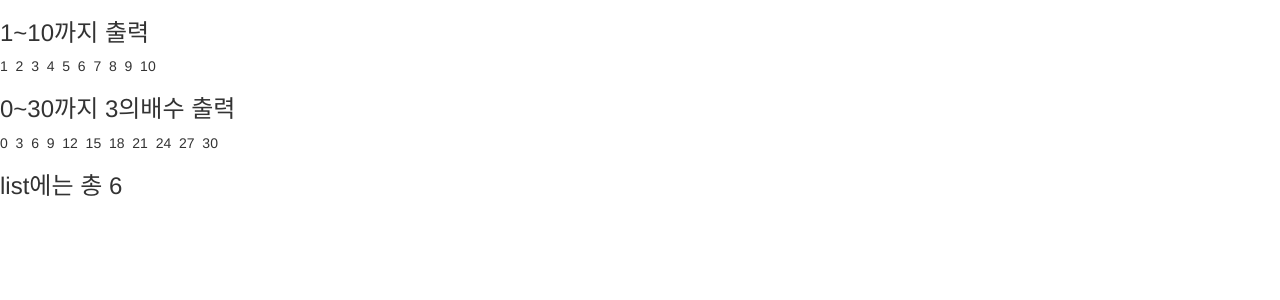
Repository: jungbee2/jungproject
Page: http://localhost/JstlProject/day0330/ex5_foreach.jsp
The author's editor kept a copy of each file at every save. The page is drawn from the files as they stood at one save, then again after the next save.
The browser window is 1280 px wide. The pictures show the whole page.
Some web fonts or font styles are not loaded; a fallback is used. The page is served by Tomcat 9. Other server files are loaded and not shown.

Above is the page before, as saved 2023-03-30 02:26:15.

### JstlProject/src/main/webapp/day0330/ex5_foreach.jsp
<%@page import="java.util.List"%>
<%@page import="java.util.ArrayList"%>
<%@ page language="java" contentType="text/html; charset=utf-8"
	pageEncoding="utf-8"%>
<%@ taglib uri="http://java.sun.com/jsp/jstl/core" prefix="c"%>
<%@ taglib uri="http://java.sun.com/jsp/jstl/fmt" prefix="fmt"%>
<!DOCTYPE html>
<html>
<head>
<meta charset="utf-8">
<title>Insert title here</title>

<link
	href="https://fonts.googleapis.com/css2?family=Anton&family=Edu+VIC+WA+NT+Beginner:wght@600&family=Gamja+Flower&family=Single+Day&family=Jua&family=Nanum+Pen+Script&display=swap"
	rel="stylesheet">
<link rel="stylesheet"
	href="https://maxcdn.bootstrapcdn.com/bootstrap/3.4.1/css/bootstrap.min.css">
<script src="https://code.jquery.com/jquery-3.6.3.js"></script>

</head>

<body>
<%
	List<String> list=new ArrayList<>();

	list.add("red");
	list.add("green");
	list.add("orange");
	list.add("magenta");
	list.add("gray");
	list.add("pink");

	request.setAttribute("list", list);
	request.setAttribute("total", list.size());

	//세션에 저장
	session.setAttribute("id", "angel");

%>

<h3>1~10까지 출력</h3>
<c:forEach var="a" begin="1" end="10">
	${a }&nbsp;
</c:forEach>

<h3>0~30까지 3의배수 출력</h3>
<c:forEach var="a" begin="0" end="30" step="3">
	${a }&nbsp;
</c:forEach>


<h3>list에는 총 ${requestScope.total }</h3>
</body>
</html>

After the next save:
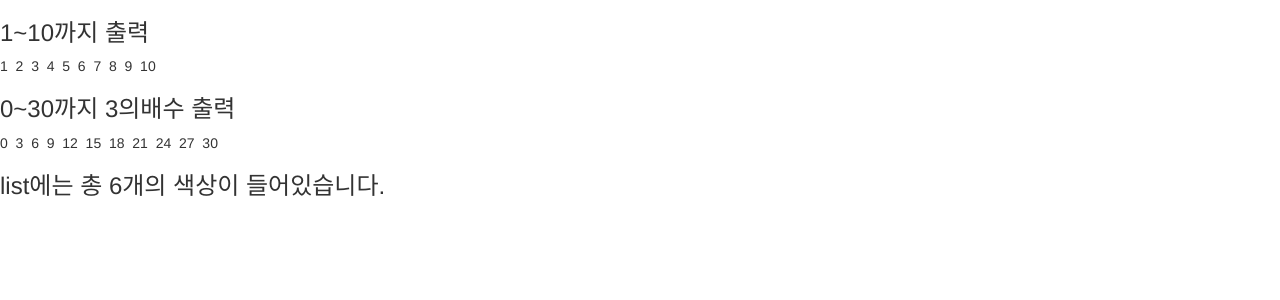
Saved 13 s later.
--- a/JstlProject/src/main/webapp/day0330/ex5_foreach.jsp
+++ b/JstlProject/src/main/webapp/day0330/ex5_foreach.jsp
@@ -49,6 +49,6 @@
 </c:forEach>
 
 
-<h3>list에는 총 ${requestScope.total }</h3>
+<h3>list에는 총 ${requestScope.total }개의 색상이 들어있습니다.</h3>
 </body>
 </html>
